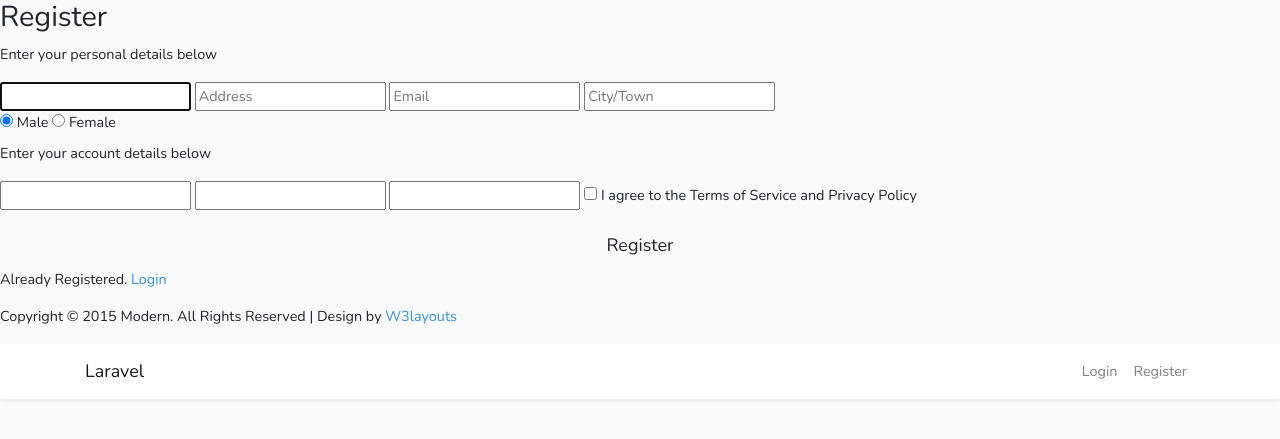
Repository: NomanMustafa/laravel-blog
Page: http://localhost/register
The author's editor kept a copy of each file at every save. The page is drawn from the files as they stood at one save, then again after the next save.
The browser window is 1280 px wide. The pictures show the whole page.
The page is served by the project's Laravel application, run on PHP 8.4 with Laravel 8. Other server files are loaded and not shown.

Above is the page before, as saved 2020-07-04 23:29:04.

### routes/web.php
<?php

use Illuminate\Support\Facades\Route;

/*
|--------------------------------------------------------------------------
| Web Routes
|--------------------------------------------------------------------------
|
| Here is where you can register web routes for your application. These
| routes are loaded by the RouteServiceProvider within a group which
| contains the "web" middleware group. Now create something great!
|
 */

// Route::get('/', function () {
//     return view('welcome');
// });
Route::get('/', 'PublicControler@index')->name('index');
Route::get('post/{id}', 'PublicControler@singlePost')->name('singlePost');
Route::get('/about', 'PublicControler@about')->name('about');
Route::get('/contect', 'PublicControler@contect')->name('contect');
Route::post('/contect', 'PublicControler@contectPost')->name('contectPost');

Auth::routes();
Route::get('/dashboard', 'HomeController@index')->name('dashboard');

Route::prefix('admin')->group(function(){
    Route::get('/dashboard' , 'AdminController@dashboard')->name('adminDashboard');
});

### resources/views/auth/register.blade.php
@extends('layouts.app')

@section('content')
<div class="login-logo">
    <a href="index.html"><img src="images/logo.png" alt="" /></a>
</div>
<h2 class="form-heading">Register</h2>
<form class="form-signin app-cam" method="POST" action="{{ route('register') }}">
    @csrf
    <p>Enter your personal details below</p>
    <input type="text" class="form-control1" @error('name') is-invalid @enderror" name="name" value="{{ old('name') }}" required autocomplete="name" autofocus>
    @error('name')
    <span class="invalid-feedback" role="alert">
        <strong>{{ $message }}</strong>
    </span>
    @enderror
    <input type="text" class="form-control1" placeholder="Address" autofocus="">
    <input type="text" class="form-control1" placeholder="Email" autofocus="">
    <input type="text" class="form-control1" placeholder="City/Town" autofocus="">
    <div class="radios">
        <label for="radio-01" class="label_radio">
            <input type="radio" checked=""> Male
        </label>
        <label for="radio-02" class="label_radio">
            <input type="radio"> Female
        </label>
    </div>
    <p> Enter your account details below</p>
    <input type="email" class="form-control1" @error('email') is-invalid @enderror" name="email" value="{{ old('email') }}" required autocomplete="email">
    @error('email')
    <span class="invalid-feedback" role="alert">
        <strong>{{ $message }}</strong>
    </span>
    @enderror
    <input type="password" class="form-control1" @error('password') is-invalid @enderror" name="password" required autocomplete="new-password">
    @error('password')
    <span class="invalid-feedback" role="alert">
        <strong>{{ $message }}</strong>
    </span>
    @enderror
    <input id="password-confirm" type="password" class="form-control1" name="password_confirmation" required autocomplete="new-password">

    <label class="checkbox-custom check-success">
        <input type="checkbox" value="agree this condition" id="checkbox1"> <label for="checkbox1">I agree to the Terms of Service and Privacy Policy</label>
    </label>
    <button class="btn btn-lg btn-success1 btn-block" type="submit">{{ __('Register') }}</button>
    <div class="registration">
        Already Registered.
        <a class="" href="login.html">
           {{ __('Login') }}
        </a>
    </div>
</form>
<div class="copy_layout login register">
    <p>Copyright &copy; 2015 Modern. All Rights Reserved | Design by <a href="http://w3layouts.com/" target="_blank">W3layouts</a> </p>
</div>






<!--
<div class="container">
    <div class="row justify-content-center">
        <div class="col-md-8">
            <div class="card">
                <div class="card-header">{{ __('Register') }}</div>

                <div class="card-body">
                    <form method="POST" action="{{ route('register') }}">
                        @csrf

                        <div class="form-group row">
                            <label for="name" class="col-md-4 col-form-label text-md-right">{{ __('Name') }}</label>

                            <div class="col-md-6">
                                <input id="name" type="text" class="form-control @error('name') is-invalid @enderror" name="name" value="{{ old('name') }}" required autocomplete="name" autofocus>

                                @error('name')
                                    <span class="invalid-feedback" role="alert">
                                        <strong>{{ $message }}</strong>
                                    </span>
                                @enderror
                            </div>
                        </div>

                        <div class="form-group row">
                            <label for="email" class="col-md-4 col-form-label text-md-right">{{ __('E-Mail Address') }}</label>

                            <div class="col-md-6">
                                <input id="email" type="email" class="form-control @error('email') is-invalid @enderror" name="email" value="{{ old('email') }}" required autocomplete="email">

                                @error('email')
                                    <span class="invalid-feedback" role="alert">
                                        <strong>{{ $message }}</strong>
                                    </span>
                                @enderror
                            </div>
                        </div>

                        <div class="form-group row">
                            <label for="password" class="col-md-4 col-form-label text-md-right">{{ __('Password') }}</label>

                            <div class="col-md-6">
                                <input id="password" type="password" class="form-control @error('password') is-invalid @enderror" name="password" required autocomplete="new-password">

                                @error('password')
                                    <span class="invalid-feedback" role="alert">
                                        <strong>{{ $message }}</strong>
                                    </span>
                                @enderror
                            </div>
                        </div>

                        <div class="form-group row">
                            <label for="password-confirm" class="col-md-4 col-form-label text-md-right">{{ __('Confirm Password') }}</label>

                            <div class="col-md-6">
                                <input id="password-confirm" type="password" class="form-control" name="password_confirmation" required autocomplete="new-password">
                            </div>
                        </div>

                        <div class="form-group row mb-0">
                            <div class="col-md-6 offset-md-4">
                                <button type="submit" class="btn btn-primary">
                                    {{ __('Register') }}
                                </button>
                            </div>
                        </div>
                    </form>
                </div>
            </div>
        </div>
    </div>
</div>
-->

Loaded but not shown: app/Providers/AppServiceProvider.php (common file); app/Http/Controllers/Auth/LoginController.php (common file); app/Http/Controllers/Controller.php (common file); app/Http/Controllers/Auth/ConfirmPasswordController.php (common file); app/Http/Controllers/Auth/RegisterController.php (common file); resources/views/layouts/app.blade.php (common file); public/css/app.css (library)

After the next save:
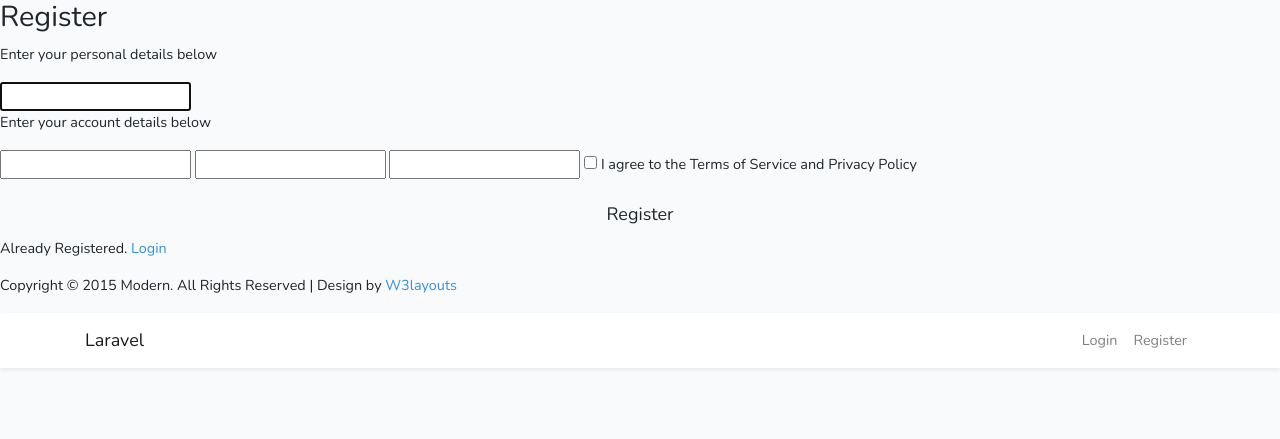
Saved 74 s later.
--- a/resources/views/auth/register.blade.php
+++ b/resources/views/auth/register.blade.php
@@ -14,17 +14,7 @@
         <strong>{{ $message }}</strong>
     </span>
     @enderror
-    <input type="text" class="form-control1" placeholder="Address" autofocus="">
-    <input type="text" class="form-control1" placeholder="Email" autofocus="">
-    <input type="text" class="form-control1" placeholder="City/Town" autofocus="">
-    <div class="radios">
-        <label for="radio-01" class="label_radio">
-            <input type="radio" checked=""> Male
-        </label>
-        <label for="radio-02" class="label_radio">
-            <input type="radio"> Female
-        </label>
-    </div>
+
     <p> Enter your account details below</p>
     <input type="email" class="form-control1" @error('email') is-invalid @enderror" name="email" value="{{ old('email') }}" required autocomplete="email">
     @error('email')
